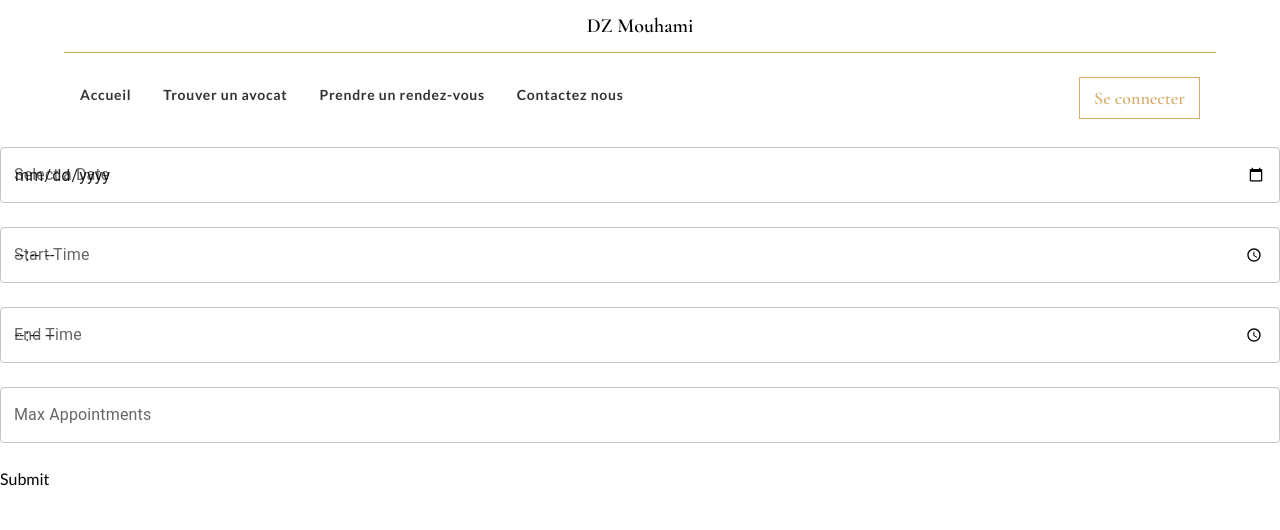
Repository: Chekrouba-Tinhinane/Mohami_dz
Page: /Available (app in client/)
An editor plug-in stored every save of this project. The page is shown before and after a run of saves, followed by the edit.
The browser window is 1280 px wide. The pictures show the whole page.
The page's requests for data from a server got no answer. The project was rebuilt for these pictures with package versions that can differ from the ones it lists, and the page was loaded fresh each time. No one was signed in, and anything a server would have sent is missing. Also part of the build but not shown: client/vite.config.js, client/src/components/super/Footer.jsx, client/src/LandingPage.jsx, client/src/SignIn.jsx, client/src/components/Selector.jsx, client/src/components/SearchContainer.jsx, client/src/components/LawyerCard.jsx, client/src/components/SearchBar.jsx and 13 more.

Above is the page before, as saved 2024-01-28 13:03:59.

### client/index.html
<!doctype html>
<html lang="en">
  <head>
    <meta charset="UTF-8" />
    <link rel="icon" type="image/svg+xml" href="/vite.svg" />
    <meta name="viewport" content="width=device-width, initial-scale=1.0" />
    <title>Mouhami DZ</title>
  </head>
  <body>
    <div id="root"></div>
    <script type="module" src="/src/App.jsx"></script>
  </body>
</html>

### client/src/App.jsx
import React, { useState, createContext, useContext, useEffect } from "react";
import { createRoot } from "react-dom/client";
import { BrowserRouter, Routes, Route } from "react-router-dom";
import "./index.css";
import LandingPage from "./LandingPage";
import SignIn from "./SignIn";
import Search from "./Search";
import HomeLayout from "./components/super/HomeLayout";
import Profile from "./components/Profile";
import ResultsPage from "./ResultsPage";
import SignUp from "./components/SignUp";
import maria from "./assets/maria/maria.jpg";
import ClientSignIn from "./ClientSignIn";
import AvailabilityForm from "./AvailabilityForm";
import axios from "axios";
import OwnProfile from "./OwnProfile";

const UserDataContext = createContext();

const App = () => {
  const [lawyers, setLawyers] = useState([]);

  useEffect(() => {
    const fetchLawyers = async () => {
      try {
        const response = await axios.get(
          "http://192.168.137.210:8000/avocat/avocat_list"
        );
        console.log(response.data);
        setLawyers(response.data);
      } catch (error) {
        console.error("Error fetching lawyers:", error);
      }
    };

    fetchLawyers(); // Call fetchLawyers when the component mounts
  }, []); // Empty dependency array ensures fetchLawyers is called only onc

  const [userData, setUserData] = useState(null);

  return (
    <UserDataContext.Provider value={{ userData, setUserData }}>
      <BrowserRouter>
        <Routes>
          <Route path={"/"} element={<LandingPage />} />
          <Route
            path={"/profile/:id"}
            element={
              <HomeLayout pageComponent={<Profile lawyers={lawyers} />} />
            }
          />
          <Route
            path={"/SelfProfile"}
            element={
              <HomeLayout
                pageComponent={
                  <OwnProfile
                    lawyer={{
                      avocat: {
                        siteweb: "google.com",
                        photo: "string",
                        ville: "jijel",
                        verified: false,
                        first_name: "BENBATTOUCHE",
                        region: "jijel",
                        id_speciality: 25,
                        id: 1,
                        codepostal: "18000",
                        last_name: "FOUAD TAREK",
                        password: "password",
                        email: "BENBATTOUCHE1@gmail.com",
                        langue: "arabic",
                        telephone: "1",
                        latitude: 0,
                        longitude: 0,
                      },
                      speciality_name: "Droit de l'immigration",
                    }}
                  />
                }
              />
            }
          />

          <Route path={"/ClientSignin"} element={<ClientSignIn />} />

          <Route
            path={"/Search"}
            element={
              <HomeLayout
                pageComponent={
                  <Search lawyers={lawyers} setLawyers={setLawyers} />
                }
              />
            }
          />
          <Route
            path={"/Available"}
            element={<HomeLayout pageComponent={<AvailabilityForm />} />}
          />
          <Route path={"/Signin"} element={<SignIn />} />
          {/*  <Route
          path={"/Schedule"}
          element={<HomeLayout pageComponent={<Schedule />} />}
        />


        <Route
          path={"/profile/:id"}
          element={<HomeLayout pageComponent={<Profile />} />}
        /> */}
          <Route
            path={"/SignUp"}
            element={<HomeLayout pageComponent={<SignUp />} />}
          />
        </Routes>
      </BrowserRouter>
    </UserDataContext.Provider>
  );
};

export const useUserData = () => useContext(UserDataContext);

export default App;

const root = createRoot(document.getElementById("root"));
root.render(<App />);

### client/src/index.css
@import url("https://fonts.googleapis.com/css2?family=Cormorant+Garamond:wght@300;400;500;600;700&family=Lato:wght@100;300;400;700;900&display=swap");

@tailwind base;
@tailwind components;
@tailwind utilities;

@layer base {
  a {
    @apply cursor-pointer;
  }
  h1 {
    @apply text-[50px] font-bold;
  }
  h2 {
    @apply text-[2.5rem] font-bold;
  }
  p {
  }
  h3 {
  }
  h4 {
    @apply text-[1rem] font-semibold;
  }
  textarea {
  }
  input {
  }
  select {
  }
}

* {
  /*font-family: 'Cormorant Garamond', serif; */
  font-family: "Lato", sans-serif;
  box-sizing: border-box;
  padding: 0;
  margin: 0;
}

.recursive {
  font-family: "Cormorant Garamond", serif;
}

.nav-item::after {
  content: "";
  display: block;
  width: 0;
  height: 2px;
  margin-top: 5px;
  background-color: rgb(212, 173, 107);
  transition: width 0.4s;
}

.nav-item:hover::after {
  width: 100%;
}

### client/src/components/super/HomeLayout.jsx
import React, { useState } from "react";
import NavBar from "./NavBar";

const HomeLayout = ({ pageComponent }) => {
  const navLinks = [
    { label: "Accueil", id: "about", offset: -50 },
    { label: "Trouver un avocat", id: "hero", offset: 0 },
    { label: "Prendre un rendez-vous", id: "appoint", offset: 50 },
    { label: "Contactez nous", id: "footer", offset: -100 }
  ];
  return (
    <div className=" flex flex-col min-h-screen items-center">
      <header className=" p-3 recursive border-b border-b-primary w-[90%] text-center font-semibold text-xl">
        {" "}
        DZ Mouhami{" "}
      </header>
      <NavBar links={navLinks} landing={true} />

      <div className={` w-full  `}>{pageComponent}</div>
    </div>
  );
};

export default HomeLayout;

### client/src/AvailabilityForm.jsx
import React from "react";
import { useFormik } from "formik";
import axios from "axios";
import { TextField, Button, Grid, Typography } from "@mui/material";

const initialValues = {
  DateInterval: "",
  HeureDebut: "",
  HeureFin: "",
  NbrMaxRdv: "",
  id_avocat: 1,
};

const validate = (values) => {
  const errors = {};
  if (!values.DateInterval) {
    errors.DateInterval = "Date is required";
  }
  if (!values.HeureDebut) {
    errors.HeureDebut = "Start time is required";
  }
  if (!values.HeureFin) {
    errors.HeureFin = "End time is required";
  }
  if (!values.NbrMaxRdv) {
    errors.NbrMaxRdv = "Max appointments is required";
  } else if (isNaN(values.NbrMaxRdv)) {
    errors.NbrMaxRdv = "Max appointments must be a number";
  }
  return errors;
};

const AvailabilityForm = () => {
  const formik = useFormik({
    initialValues,
    validate,
    onSubmit: async (values) => {
      try {
        const response = await axios.post(
          "http://192.168.137.210:8000/creneau/add_creneau",
          values
        );
        console.log("Response:", response.data);
        // Handle success response
      } catch (error) {
        console.error("Error:", error);
        // Handle error response
      }
    },
  });

  return (
    <Grid container spacing={2}>
      <Grid item xs={12}>
      </Grid>
      <Grid item xs={12}>
        <form className="space-y-6"  onSubmit={formik.handleSubmit}>
          <TextField
            fullWidth
            id="DateInterval"
            name="DateInterval"
            label="Select a Date"
            type="date"
            value={formik.values.DateInterval}
            onChange={formik.handleChange}
            error={formik.touched.DateInterval && Boolean(formik.errors.DateInterval)}
            helperText={formik.touched.DateInterval && formik.errors.DateInterval}
          />
          <TextField
            fullWidth
            id="HeureDebut"
            name="HeureDebut"
            label="Start Time"
            type="time"
            value={formik.values.HeureDebut}
            onChange={formik.handleChange}
            error={formik.touched.HeureDebut && Boolean(formik.errors.HeureDebut)}
            helperText={formik.touched.HeureDebut && formik.errors.HeureDebut}
          />
          <TextField
            fullWidth
            id="HeureFin"
            name="HeureFin"
            label="End Time"
            type="time"
            value={formik.values.HeureFin}
            onChange={formik.handleChange}
            error={formik.touched.HeureFin && Boolean(formik.errors.HeureFin)}
            helperText={formik.touched.HeureFin && formik.errors.HeureFin}
          />
          <TextField
            fullWidth
            id="NbrMaxRdv"
            name="NbrMaxRdv"
            label="Max Appointments"
            type="number"
            value={formik.values.NbrMaxRdv}
            onChange={formik.handleChange}
            error={formik.touched.NbrMaxRdv && Boolean(formik.errors.NbrMaxRdv)}
            helperText={formik.touched.NbrMaxRdv && formik.errors.NbrMaxRdv}
          />
          <button className=""  type="submit">
            Submit
          </button>
        </form>
      </Grid>
    </Grid>
  );
};

export default AvailabilityForm;

### client/src/components/super/NavBar.jsx
import { motion } from "framer-motion";
import { Link } from "react-router-dom";
import { Link as ScrollLink } from "react-scroll";

const NavBar = ({ links, landing }) => {
  return (
    <div
      whileHover={{ scale: 1, originX: 0, color: "#D4AD6B" }}
      transition={{ type: "tween", duration: 0.2 }}
      className={`  ${
        landing ? "px-20" : ""
      } flex items-center pt-6 mb-3 w-full justify-between `}
    >
      <motion.ul className="flex gap-[2rem] text-sm">
        {links.map((link, index) => (
          <motion.li
            key={index}
            whileHover={{ scale: 1, originX: 0, color: "#D4AD6B" }}
            transition={{ type: "tween", duration: 0.2 }}
            className="font-semibold opacity-80 tracking-wider cursor-pointer"
          >
            <ScrollLink
              to={link.id}
              spy={true}
              smooth={true}
              offset={link.offset}
              duration={500}
              className="nav-item"
            >
              {link.label}
            </ScrollLink>
          </motion.li>
        ))}
      </motion.ul>
      {landing && (
        <div className="flex gap-[1rem]">
          <Link
            to={"/SignIn"}
            href=""
            className="recursive flex items-center font-semibold text-primary border border-primary bg-white text-center text-lg py-1.5 px-3.5 hover:bg-opacity-70"
          >
            Se connecter
          </Link>
        </div>
      )}
    </div>
  );
};

export default NavBar;

### client/tailwind.config.js
/** @type {import('tailwindcss').Config} */
module.exports = {
  content: ["./src/**/*.{js,jsx,ts,tsx}"],
  theme: {
    extend: {
      colors: {
        lightBrown: "#FAF5EE",
        primary: "#D4AD6B",
        lightTypo: "#563D2B"
      },
    },
  },
  plugins: [],
};

After the next 2 saves:
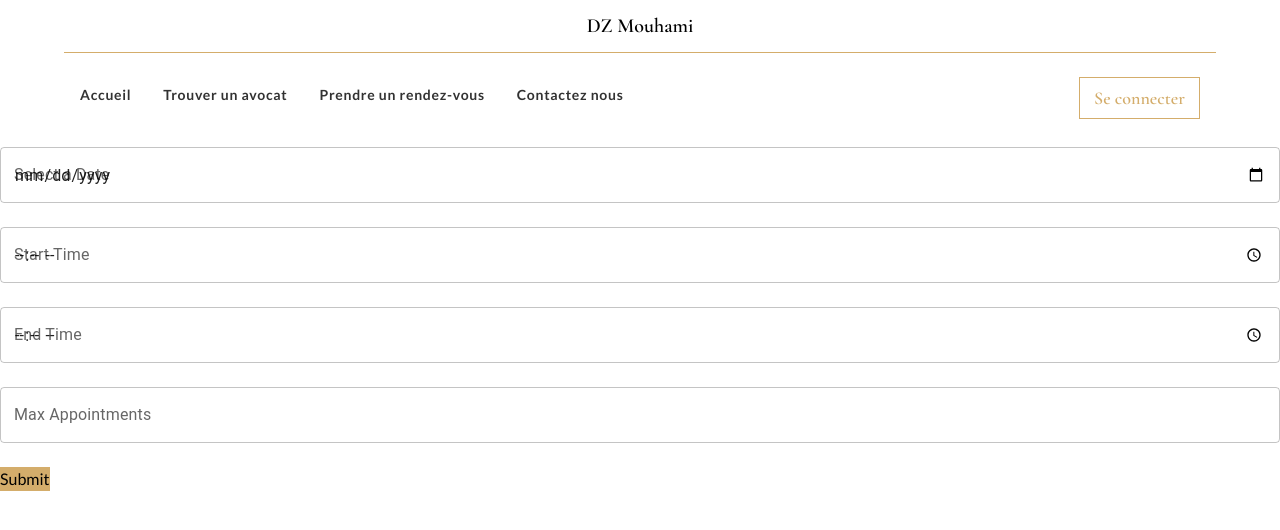
The 2 saves are shown as one change because they came seconds apart.
The last was saved 8 s later.
--- a/client/src/AvailabilityForm.jsx
+++ b/client/src/AvailabilityForm.jsx
@@ -99,7 +99,7 @@ const AvailabilityForm = () => {
             error={formik.touched.NbrMaxRdv && Boolean(formik.errors.NbrMaxRdv)}
             helperText={formik.touched.NbrMaxRdv && formik.errors.NbrMaxRdv}
           />
-          <button className=""  type="submit">
+          <button className=" bg-primary"  type="submit">
             Submit
           </button>
         </form>
